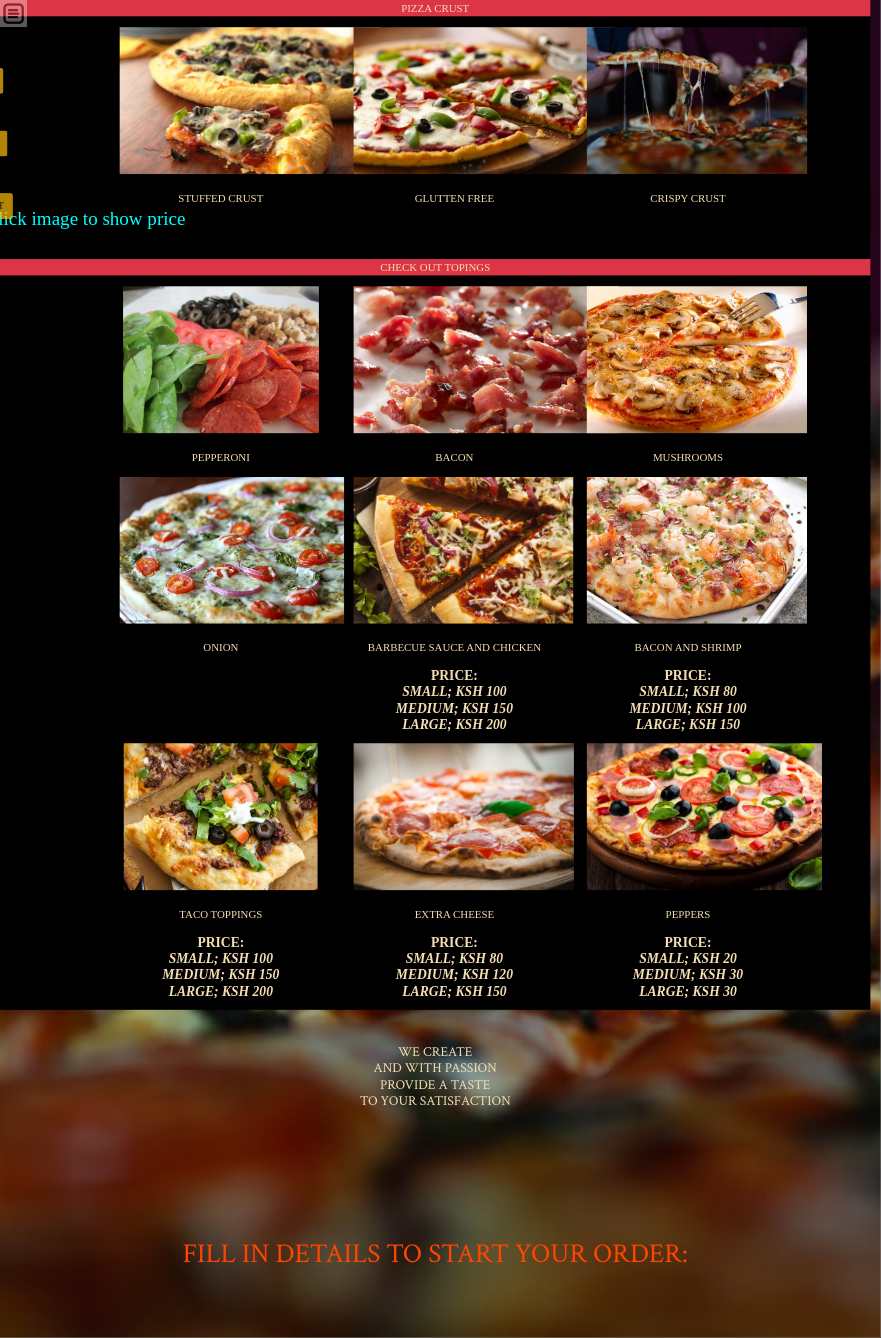
Repository: alexmwaura/MOREO--PIZZA-IP4
Page: mine.html
An editor plug-in stored every save of this project. The page is shown before and after a run of saves, followed by the edit.
The browser window is 1280 px wide. The page is 1295 px wide, so the pictures cover 1295 px, including what lies to the right of the window. The pictures show the whole page, at 68% of full size.
Some web fonts or font styles are not loaded; a fallback is used.

Above is the page before, as saved 2019-09-01 14:50:08.

### mine.html
<!DOCTYPE html>
<html lang="en">

<head>
    <meta charset="UTF-8">
    <meta name="viewport" content="width=device-width, initial-scale=1.0">
    <meta http-equiv="X-UA-Compatible" content="ie=edge">

    <title> MOREO RESTAURANT</title>

    <link href="https://fonts.googleapis.com/css?family=Kaushan+Script&display=swap" rel="stylesheet">
    <link href="https://fonts.googleapis.com/css?family=Pacifico|Rancho&display=swap" rel="stylesheet">
    <link href="https://fonts.googleapis.com/css?family=Crimson+Text&display=swap" rel="stylesheet">

    <link rel="stylesheet" href="./CSS/bootstrap.css">
    <link rel="stylesheet" href="./CSS/styles.css">
    <script src="./SCRIPTS/jquery-3.4.1.js"></script>
    <script src="./SCRIPTS/scripts.js"></script>
</head>

<body>
    <nav>
        <a href="#" class="nav-toggle-btn bg-success"></a>
        <ul>
            <li><a href="./index.html" class="btn bg-warning" style="margin-left: -14%">HOME</a></li><br><br>
            <li><a href="#pizza" class="btn bg-warning" style="margin-left: -15%">ORDER</a></li><br><br>
            <li><a href="#nav" class="btn bg-warning" style="margin-left: -35%">CONTACT</a></li>
        </ul>
    </nav>

    <div class="content">


        <div class="address">
            <div class="">

                <div class="bg-danger" id="pizza-crust">
                    <p>PIZZA CRUST</p>

                </div>

                <div class="row">

                    &nbsp;&nbsp;&nbsp;&nbsp;&nbsp;&nbsp;&nbsp;&nbsp;&nbsp;&nbsp;&nbsp;&nbsp;&nbsp;&nbsp;&nbsp;&nbsp;&nbsp;&nbsp;&nbsp;&nbsp;&nbsp;&nbsp;&nbsp;&nbsp;&nbsp;&nbsp;&nbsp;&nbsp;&nbsp;&nbsp;&nbsp;&nbsp;&nbsp;&nbsp;&nbsp;&nbsp;&nbsp;&nbsp;&nbsp;&nbsp;&nbsp;&nbsp;&nbsp;&nbsp;

                    <div class="col-lg-3 col-md-3 col-sm-3">
                        <div id="work1">
                            <img src="./IMAGES/staffedcrust.jpg" alt="" class="img-fluid-1"><br><br>

                            <div class="overlay">
                                <div class="line">
                                    <p class="trial1">STUFFED CRUST</p>
                                    <p class="p1">
                                        <h5 class="p1"><strong> PRICE: <br>
                                            <em>SMALL; KSH 100</em><br>
                                            <em>MEDIUM; KSH 150</em><br>
                                            <em>LARGE; KSH 200</em>
                                        </strong></h5>
                                    </p>

                                </div>

                            </div>

                        </div>



                    </div>
                    &nbsp;&nbsp;&nbsp;&nbsp;

                    <div class="col-lg-3 col-md-3 col-sm-3">
                        <div id="work2">
                            <img src="./IMAGES/gluttenfree.jpg" alt="" class="img-fluid-2"><br><br>

                            <div class="overlay">
                                <div class="line">
                                    <p class="trial2">GLUTTEN FREE </p>
                                    <p class="p1">
                                        <h5 class="p1"><strong> PRICE: <br>
                                            <em>SMALL; KSH 100</em><br>
                                            <em>MEDIUM; KSH 150</em><br>
                                            <em>LARGE; KSH 200</em>
                                        </strong></h5>
                                    </p>



                                </div>

                            </div>

                        </div>

                    </div>

                    &nbsp;&nbsp;&nbsp;&nbsp;


                    <div class="col-lg-3 col-md-3 col-sm-3">
                        <div id="work3">
                            <img src="./IMAGES/1.jpeg" alt="" class="img-fluid-3 "><br><br>

                            <div class="overlay">
                                <div class="line">
                                    <p class="trial3">CRISPY CRUST</p>
                                    <p class="p1">
                                        <h5 class="p1"><strong> PRICE: <br>
                                            <em>SMALL; KSH 100</em><br>
                                            <em>MEDIUM; KSH 150</em><br>
                                            <em>LARGE; KSH 200</em>
                                        </strong></h5>
                                    </p>


                                </div>

                            </div>

                        </div>

                    </div>

                    <div class="form-group">
                        <h3 style="color: aqua" style="font-size: 10vh" class="price"> click image to show price</h3>
                    </div>


                </div>

            </div>

        </div>



        <div class="dance">

            <div class="">

                <div class="bg-danger" id="pizza-toppings">
                    <p>CHECK OUT TOPINGS</p>

                </div>

                <div class="row">

                    &nbsp;&nbsp;&nbsp;&nbsp;&nbsp;&nbsp;&nbsp;&nbsp;&nbsp;&nbsp;&nbsp;&nbsp;&nbsp;&nbsp;&nbsp;&nbsp;&nbsp;&nbsp;&nbsp;&nbsp;&nbsp;&nbsp;&nbsp;&nbsp;&nbsp;&nbsp;&nbsp;&nbsp;&nbsp;&nbsp;&nbsp;&nbsp;&nbsp;&nbsp;&nbsp;&nbsp;&nbsp;&nbsp;&nbsp;&nbsp;&nbsp;&nbsp;&nbsp;&nbsp;

                    <div class="col-lg-3 col-md-3 col-sm-3">
                        <div id="work4">
                            <img src="./IMAGES/pepporoni.jpg" alt="" class="img-fluid-4"><br><br>

                            <div class="overlay">
                                <div class="line">
                                    <p class="trial4">PEPPERONI</p>
                                    <p class="p1">
                                        <h5 class="p1"><strong> PRICE: <br>
                                            <em>SMALL; KSH 100</em><br>
                                            <em>MEDIUM; KSH 150</em><br>
                                            <em>LARGE; KSH 200</em>
                                        </strong></h5>
                                    </p>


                                </div>

                            </div>

                        </div>

                    </div>




                    &nbsp;&nbsp;&nbsp;&nbsp;


                    <div class="col-lg-3 col-md-3 col-sm-3">
                        <div id="work5">
                            <img src="./IMAGES/bacon.jpg" alt="" class="img-fluid-5"><br><br>

                            <div class="overlay">
                                <div class="line">
                                    <p class="trial5">BACON </p>
                                    <p class="p1">
                                        <h5 class="p1"><strong> PRICE: <br>
                                            <em>SMALL; KSH 100</em><br>
                                            <em>MEDIUM; KSH 150</em><br>
                                            <em>LARGE; KSH 200</em>
                                        </strong></h5>
                                    </p>


                                </div>

                            </div>

                        </div>

                    </div>

                    &nbsp;&nbsp;&nbsp;&nbsp;


                    <div class="col-lg-3 col-md-3 col-sm-3">
                        <div id="work6">
                            <img src="./IMAGES/mushroom2.jpg" alt="" class="img-fluid-6"><br><br>

                            <div class="overlay">
                                <div class="line">
                                    <p class="trial6">MUSHROOMS</p>
                                    <p class="p1">
                                        <h5 class="p1"><strong> PRICE: <br>
                                            <em>SMALL; KSH 100</em><br>
                                            <em>MEDIUM; KSH 150</em><br>
                                            <em>LARGE; KSH 200</em>
                                        </strong></h5>
                                    </p>


                                </div>

                            </div>

                        </div>

                    </div>



                </div>

                <div class="row">

                    &nbsp;&nbsp;&nbsp;&nbsp;&nbsp;&nbsp;&nbsp;&nbsp;&nbsp;&nbsp;&nbsp;&nbsp;&nbsp;&nbsp;&nbsp;&nbsp;&nbsp;&nbsp;&nbsp;&nbsp;&nbsp;&nbsp;&nbsp;&nbsp;&nbsp;&nbsp;&nbsp;&nbsp;&nbsp;&nbsp;&nbsp;&nbsp;&nbsp;&nbsp;&nbsp;&nbsp;&nbsp;&nbsp;&nbsp;&nbsp;&nbsp;&nbsp;&nbsp;&nbsp;

                    <div class="col-lg-3 col-md-3 col-sm-3">
                        <div id="work7">
                            <img src="./IMAGES/onions.jpg" alt="" class="img-fluid-7"><br><br>

                            <div class="overlay">
                                <div class="line">
                                    <p class="trial4">ONION</p>
                                    <p class="p1">
                                        <h5 class="p1"><strong> PRICE: <br>
                                            <em>SMALL; KSH 100</em><br>
                                            <em>MEDIUM; KSH 150</em><br>
                                            <em>LARGE; KSH 200</em>
                                        </strong></h5>
                                    </p>


                                </div>

                            </div>

                        </div>

                    </div>




                    &nbsp;&nbsp;&nbsp;&nbsp;


                    <div class="col-lg-3 col-md-3 col-sm-3">
                        <div id="work8">
                            <img src="./IMAGES/barbecue.jpg" alt="" class="img-fluid-8"><br><br>

                            <div class="overlay">
                                <div class="line">
                                    <p class="trial5">BARBECUE SAUCE AND CHICKEN </p>
                                    <p class="p8">
                                        <h5 class="p8"><strong> PRICE: <br>
                                            <em>SMALL; KSH 100</em><br>
                                            <em>MEDIUM; KSH 150</em><br>
                                            <em>LARGE; KSH 200</em>
                                        </strong></h5>
                                    </p>


                                </div>

                            </div>

                        </div>

                    </div>

                    &nbsp;&nbsp;&nbsp;&nbsp;


                    <div class="col-lg-3 col-md-3 col-sm-3">
                        <div id="work9">
                            <img src="./IMAGES/shrimp.jpg" alt="" class="img-fluid-9"><br><br>

                            <div class="overlay">
                                <div class="line">
                                    <p class="trial6">BACON AND SHRIMP</p>
                                    <p class="p9">
                                        <h5 class="p9"><strong> PRICE: <br>
                                            <em>SMALL; KSH 80</em><br>
                                            <em>MEDIUM; KSH 100</em><br>
                                            <em>LARGE; KSH 150</em>
                                        </strong></h5>
                                    </p>


                                </div>

                            </div>

                        </div>

                    </div>



                </div>


                <div class="row">

                    &nbsp;&nbsp;&nbsp;&nbsp;&nbsp;&nbsp;&nbsp;&nbsp;&nbsp;&nbsp;&nbsp;&nbsp;&nbsp;&nbsp;&nbsp;&nbsp;&nbsp;&nbsp;&nbsp;&nbsp;&nbsp;&nbsp;&nbsp;&nbsp;&nbsp;&nbsp;&nbsp;&nbsp;&nbsp;&nbsp;&nbsp;&nbsp;&nbsp;&nbsp;&nbsp;&nbsp;&nbsp;&nbsp;&nbsp;&nbsp;&nbsp;&nbsp;&nbsp;&nbsp;

                    <div class="col-lg-3 col-md-3 col-sm-3">
                        <div id="work10">
                            <img src="./IMAGES/taco.jpg" alt="" class="img-fluid-10"><br><br>

                            <div class="overlay">
                                <div class="line">
                                    <p class="trial4">TACO TOPPINGS</p>
                                    <p class="p10">
                                        <h5 class="p10"><strong> PRICE: <br>
                                            <em>SMALL; KSH 100</em><br>
                                            <em>MEDIUM; KSH 150</em><br>
                                            <em>LARGE; KSH 200</em>
                                        </strong></h5>
                                    </p>


                                </div>

                            </div>

                        </div>

                    </div>




                    &nbsp;&nbsp;&nbsp;&nbsp;


                    <div class="col-lg-3 col-md-3 col-sm-3">
                        <div id="work11">
                            <img src="./IMAGES/cheese 2.jpg" alt="" class="img-fluid-11"><br><br>

                            <div class="overlay">
                                <div class="line">
                                    <p class="trial5">EXTRA CHEESE </p>
                                    <p class="p11">
                                        <h5 class="p11"><strong> PRICE: <br>
                                            <em>SMALL; KSH 80</em><br>
                                            <em>MEDIUM; KSH 120</em><br>
                                            <em>LARGE; KSH 150</em>
                                        </strong></h5>
                                    </p>


                                </div>

                            </div>

                        </div>

                    </div>

                    &nbsp;&nbsp;&nbsp;&nbsp;


                    <div class="col-lg-3 col-md-3 col-sm-3">
                        <div id="work12">
                            <img src="./IMAGES/pepper.jpg" alt="" class="img-fluid-12"><br><br>

                            <div class="overlay">
                                <div class="line">
                                    <p class="trial6">PEPPERS</p>
                                    <p class="p12">
                                        <h5 class="p12"><strong> PRICE: <br>
                                            <em>SMALL; KSH 20</em><br>
                                            <em>MEDIUM; KSH 30</em><br>
                                            <em>LARGE; KSH 30</em>
                                        </strong></h5>
                                    </p>


                                </div>

                            </div>

                        </div>

                    </div>



                </div>


            </div>





        </div>

        <div id="trial">


            <div id="pizza">
                <h2 class="pizza">WE CREATE <br>AND WITH PASSION <br> PROVIDE A TASTE <br> TO YOUR SATISFACTION</h2>
                <br><br>
                <h1>FILL IN DETAILS TO START YOUR ORDER:</h1>


            </div><br><br>



        </div>








    </div>
















</body>

### CSS/styles.css

body{
    background-image: url("../IMAGES/1.jpeg");
    background-repeat: no-repeat;
    background-size: cover;
    background-position: center;
    color: wheat;
    font-family: 'Pacifico', cursive;
    font-family: 'Rancho', cursive;
    margin: 0;
    padding: 0;

}
nav {
    position: fixed;
    z-index: 500;
    top: 0%;
    bottom: 0;
    width: 100px;
    background-image: url("../IMAGES/tukule.jpg");
    background-repeat: no-repeat;
    background-size: cover;
    background-position: center;
    transform: translate3d(-100px, 0, 0);
    transition: transform 0.4s ease;
    font-size: large;
    opacity: 0.7;
}
.active-nav nav{
    transform: translate3d(0, 0, 0)
}

nav ul {

    margin-top: 100px;
}
.nav-toggle-btn{

    position: absolute;
    left: 100px;
    width: 40px;
    height: 40px;
    background-image: url("../IMAGES/images.png");
    background-repeat: no-repeat;
    background-size: cover;
    background-position: center;
    top: 0;
    opacity: 0.5;
}
.content{
    padding: 0;
    margin: 0%;
    height: fit-content;
    text-align: center;
    text-align-last: fixed;
    transition: transform 0.4s ease;
}
.active-nav .content{
    transform: translate3d(200px, 0, 0);
}
.wcome{
    font-size: 100px;
}
.ret{
    font-size: 80px;
}
.home{

    position: absolute center;
    margin-top: -100px;
    padding: 0%;
}
h1{
    font-size: 40px;
    animation: bounce 3s infinite;
    color: orangered;
    margin-top: 10%;
    font-family: 'Crimson Text', serif;

}
@keyframes bounce {

    0%, 20%, 50%, 80%, 100%{
        transform: translateY(0);
    }
    40% {
        transform: translateY(-55px);
    }
    60% {
        transform: translateY(-45px);
    }

}
.to{
    font-size: 30px;
    animation: bounce 3s infinite;
    color: wheat;
    margin-top: -0.01%;
}
@keyframes bounce {

    0%, 20%, 50%, 80%, 100%{
        transform: translateY(0);
    }
    40% {
        transform: translateY(-55px);
    }
    60% {
        transform: translateY(-45px);
    }

}
.price{

    animation: bounce 3s infinite;
    margin-top: 0.5vh;
}
@keyframes bounce {

    0%, 20%, 50%, 80%, 100%{
        transform: translateY(0);
    }
    40% {
        transform: translateY(-55px);
    }
    60% {
        transform: translateY(-45px);
    }

}

.address{
    text-align: center;
    align-content: center;
    position: center;
    background: black;
    background-size: cover;
    background-position: center;

}
.dance{
    text-align: center;
    align-content: center;
    position: center;
    background: black;
    background-size: cover;
    background-position: center;

}
.img-fluid-1{
    height: 30vh;
    justify-content: space-around;

}
.img-fluid-2{
    height: 30vh;

}
.img-fluid-3{
    height: 30vh;

}
.img-fluid-4{
    height: 30vh;

}
.img-fluid-5{
    height: 30vh;

}
.img-fluid-6{
    height: 30vh;

}
.img-fluid-7{
    height: 30vh;

}
.img-fluid-8{
    height: 30vh;

}
.img-fluid-9{
    height: 30vh;

}
.img-fluid-10{
    height: 30vh;

}
.img-fluid-11{
    height: 30vh;

}
.img-fluid-12{
    height: 30vh;

}
.pizza{
    margin-top: 10px;
    font-family: 'Crimson Text', serif;
    font-size: 20PX;
}
#pizza{
    padding-top: 0%;
    margin: 0%;
    justify-content: flex-end;
}
#trial{
    padding-top: 40px;
    font-size: x-large;
}

/* #work1:hover img {
    transform: scale(0.5) ;
    transition: all 50s ease;
} */

/* #work2:hover img {
    transform: scale(1.2) ;
    transition: all 2s ease;
}
#work3:hover img {
    transform: scale(1.2) ;
    transition: all 2s ease;
}
#work4:hover img {
    transform: scale(1.2) ;
    transition: all 2s ease;
}

#work5:hover img {
    transform: scale(1.2) ;
    transition: all 2s ease;
}
#work6:hover img {
    transform: scale(1.2) ;
    transition: all 2s ease;
}
#work7:hover img {
    transform: scale(1.2) ;
    transition: all 2s ease;
}
#work8:hover img {
    transform: scale(1.2) ;
    transition: all 2s ease;
}
#work9:hover img {
    transform: scale(1.2) ;
    transition: all 2s ease;
}
#work10:hover img {
    transform: scale(1.2) ;
    transition: all 2s ease;
}
#work11:hover img {
    transform: scale(1.2) ;
    transition: all 2s ease;
}
#work12:hover img {
    transform: scale(1.2) ;
    transition: all 2s ease;
} */
.p1{
    display: none;
}

### SCRIPTS/scripts.js
$(function () {
    var bodyEl = $('body'),
        navToggleBtn = bodyEl.find('.nav-toggle-btn');

    navToggleBtn.on('click', function () {
        bodyEl.toggleClass('active-nav');

        event.preventDefault();
    });
});
$(document).ready(function () {
    $("#work1").click(function () {
        $(".img-fluid-1").toggle(1000);
        $(".p1").toggle(1000);


    });
    $("#work2").click(function () {
        $(".img-fluid-2").toggle(1000);
        $(".p2").toggle(1000);


    });
    $("#work3").click(function () {
        $(".img-fluid-3").toggle(1000);
        $(".p3").toggle(1000);


    });
    $("#work4").click(function () {
        $(".img-fluid-4").toggle(1000);
        $(".p4").toggle(1000);


    });
    $("#work5").click(function () {
        $(".img-fluid-5").toggle(1000);
        $(".p5").toggle(1000);


    });
    $("#work6").click(function () {
        $(".img-fluid-6").toggle(1000);
        $(".p6").toggle(1000);


    });
    $("#work7").click(function () {
        $(".img-fluid-7").toggle(1000);
        $(".p7").toggle(1000);


    });
    $("#work8").click(function () {
        $(".img-fluid-8").toggle(1000);
        $(".p8").toggle(1000);


    });
    $("#work9").click(function () {
        $(".img-fluid-9").toggle(1000);
        $(".p9").toggle(1000);


    });
    $("#work10").click(function () {
        $(".img-fluid-10").toggle(1000);
        $(".p10").toggle(1000);


    });
    $("#work11").click(function () {
        $(".img-fluid-11").toggle(1000);
        $(".p11").toggle(1000);


    });
    $("#work12").click(function () {
        $(".img-fluid-12").toggle(1000);
        $(".p12").toggle(1000);


    });





});

Loaded but not shown: CSS/bootstrap.css (library); SCRIPTS/jquery-3.4.1.js (library)

After the next 2 saves:
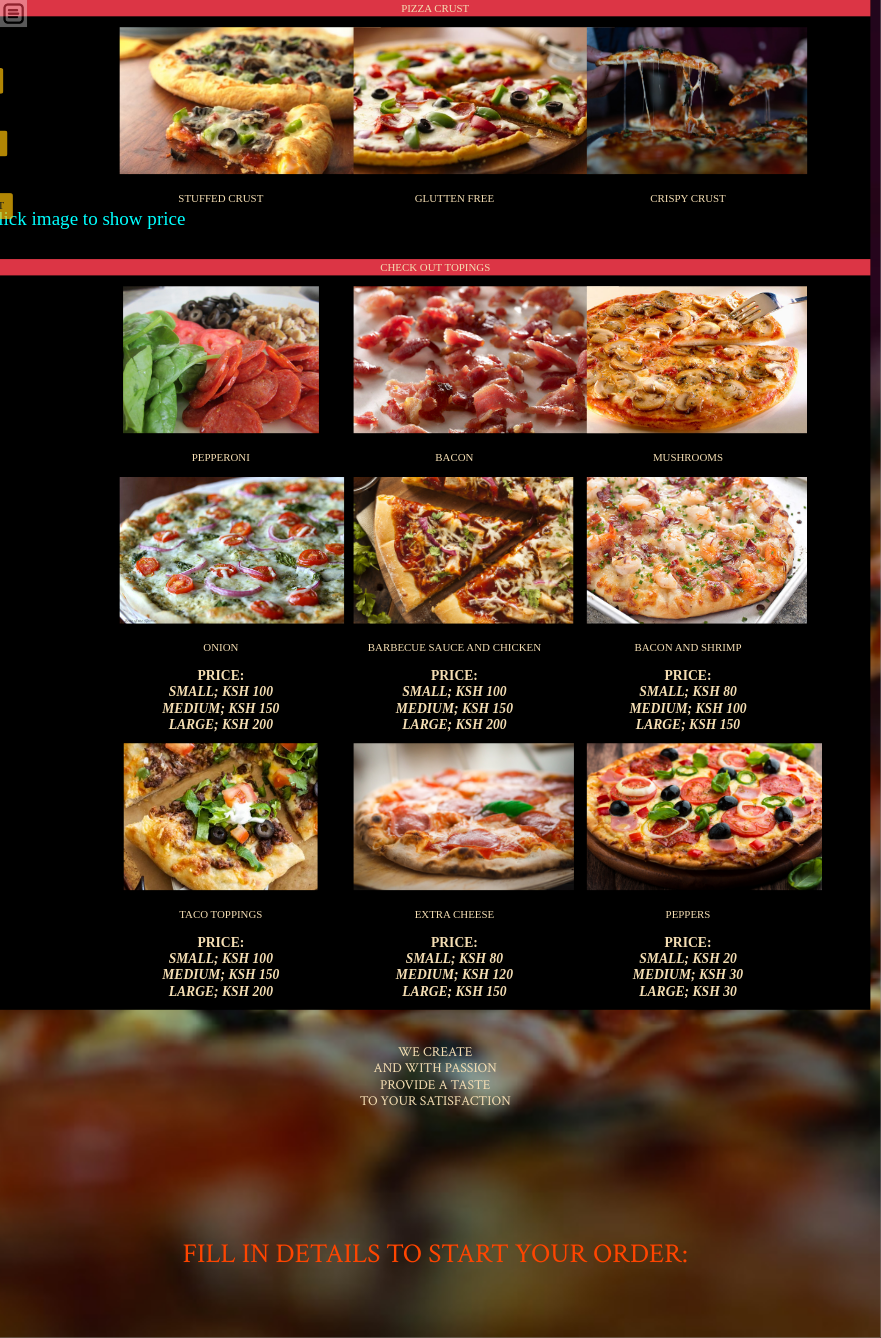
The 2 saves are shown as one change because they came seconds apart.
The last was saved 17 s later.
--- a/mine.html
+++ b/mine.html
@@ -243,8 +243,8 @@
                             <div class="overlay">
                                 <div class="line">
                                     <p class="trial4">ONION</p>
-                                    <p class="p1">
-                                        <h5 class="p1"><strong> PRICE: <br>
+                                    <p class="p7">
+                                        <h5 class="p7"><strong> PRICE: <br>
                                             <em>SMALL; KSH 100</em><br>
                                             <em>MEDIUM; KSH 150</em><br>
                                             <em>LARGE; KSH 200</em>
